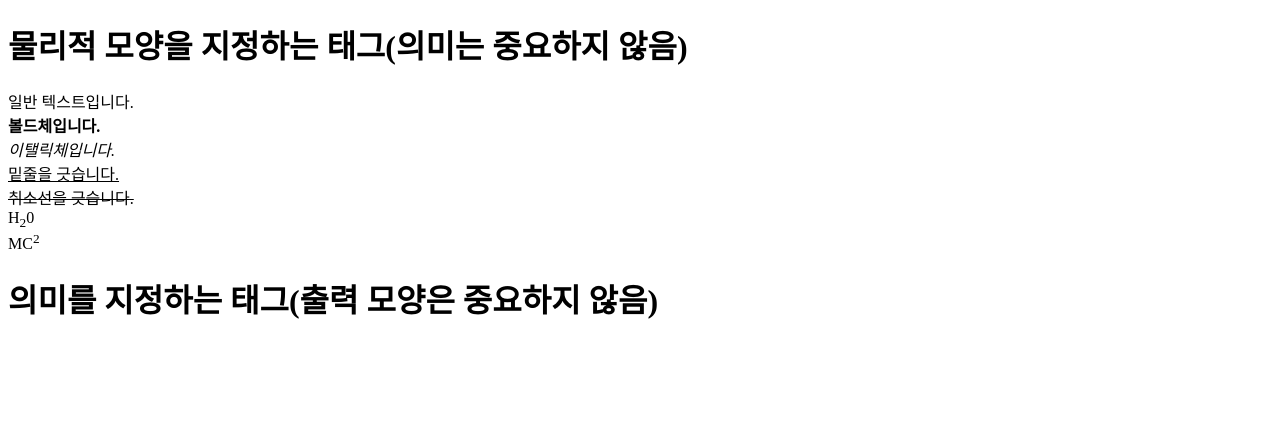
Repository: JeongWoo-Jang/Edu-Backup
Page: 5. HTML & CSS & JSP/ClientTest/WebContent/ex09_style.html
The author's editor kept a copy of each file at every save. The page is drawn from the files as they stood at one save, then again after the next save.
The browser window is 1280 px wide. The pictures show the whole page.

Above is the page before, as saved 2020-06-19 00:44:53.

After the next save:
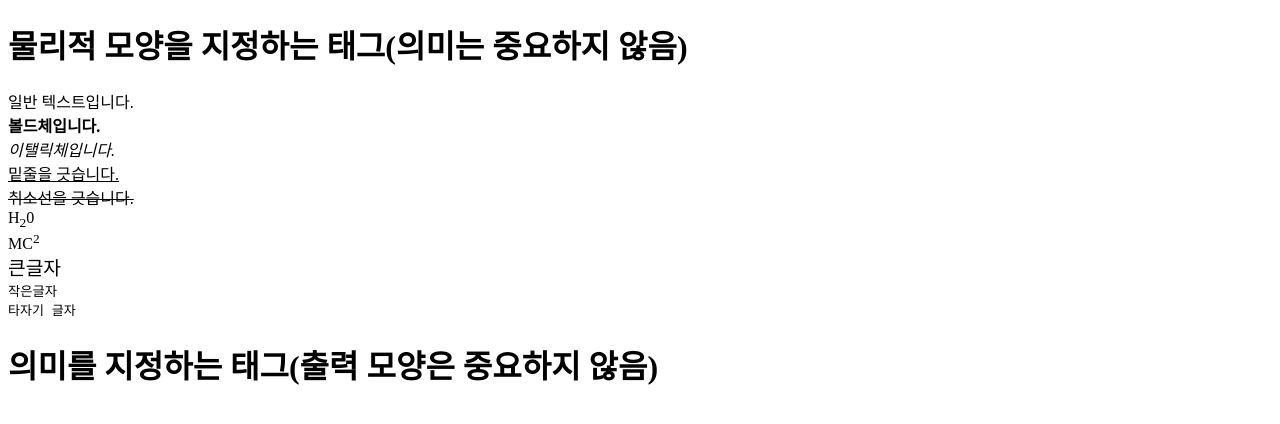
Saved 50 s later.
--- a/5. HTML & CSS & JSP/ClientTest/WebContent/ex09_style.html
+++ b/5. HTML & CSS & JSP/ClientTest/WebContent/ex09_style.html
@@ -14,6 +14,9 @@
 	<strike>취소선을 긋습니다.</strike><br>
 	H<sub>2</sub>0<br> <!-- 밑첨자 -->
 	MC<sup>2</sup><br> <!-- 윗첨자 -->
+	<big>큰글자</big><br>
+	<small>작은글자</small><br>
+	<tt>타자기 글자</tt><br>
 
 	<h1>의미를 지정하는 태그(출력 모양은 중요하지 않음)</h1>
 
